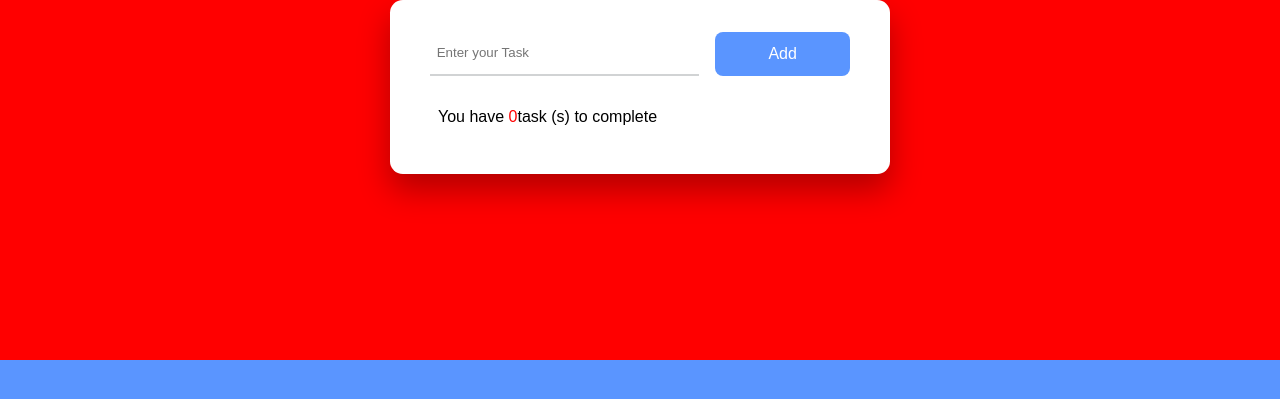
Repository: JunaidAnsari202/Todo-List
Page: index.html
An editor plug-in stored every save of this project. The page is shown before and after a run of saves, followed by the edit.
The browser window is 1280 px wide. The pictures show the whole page.
Some web libraries are served in a nearby version.

Above is the page before, as saved 2023-10-30 22:51:23.

### index.html
<!DOCTYPE html>
<html lang="en">
<head>
    <meta charset="UTF-8">
    <meta name="viewport" content="width=device-width, initial-scale=1.0">
    <title>Document</title>
    <!-- <link rel="shttps://cdnjs.cloudflare.com/ajax/libs/font-awesome/6.4.2/css/all.min.csstylesheet" href=""> -->
    <script src="https://kit.fontawesome.com/78ad4c4e48.js" crossorigin="anonymous"></script>
    <link rel="stylesheet" href="style.css">
</head>
<body>
    <div class="app">
        <div class="container">
            <div id="wrapper">
                <input type="text" placeholder="Enter your Task">
                <button id="add-btn">Add</button>
            </div>
            <div id="tasks">
                <p id="pending-tasks">You have <span class="count-value">0</span>task (s) to complete</p>
            </div>
        </div>
        <div id="error">Input cannot be empty</div>
    </div>

    <script src="script.js"></script>
</body>
</html>

### style.css
*{
    margin: 0;
    padding: 0;
    box-sizing: border-box;
}

body{
    height: 100vh;
    background: linear-gradient(red 50%,#5a95ff 50%);
}

.app{
    font-family: "poppins", sans-serif;
    position: absolute;
    width: min(95vw , 31.25em);
    margin: auto;
    left: 0;
    right: 0;
}

.container{
    padding: 2em 2.5em;
    background-color: #fff;
    box-shadow: 0 1em 2em rgba(0,0,0,0.3);
    border-radius: 0.8em;

}

#wrapper{
    position: relative;
    display: grid;
    grid-template-columns: 8fr 4fr;
    gap: 1em;
}

#wrapper input{
    width: 100%;
    background-color: transparent;
    color: #111111;
    font-size: 0.9;
    border:none;
    border-bottom: 2px solid #d1d3d4;
    padding: 1em 0.5em;

}

#wrapper input:focus{
    outline: none;
    border-color: #5a95ff;
}

#wrapper button{
    position: relative;
    border-radius: 0.5em;
    font-weight: 500;
    font-size: 1em;
    background-color: #5a95ff;
    border: none;
    outline: none;
    color: #ffffff;
    cursor: pointer;
}
#tasks{
    margin-top: 1em;
    border-radius: 0.5em;
    width: 100%;
    position: relative;
    padding: 1em 0.5em;
}

.task{
    background-color: #ffffff;
    padding: 0.8em 1em;
    display: grid;
    grid-template-columns: 1fr 8fr 2fr 2fr;
    gap: 1em;
    border-radius: 0.5em;
    box-shadow:0 0.05em 1em rgba(0,0,0,0.05) ;
    align-items: center;
    cursor: pointer;
}

.task input[type="checkbox"]{
    position: relative;
    appearance: none;
    height: 20px;
    width: 20px;
    border-radius: 50%;
    border: 2px solid #elelel;
}

.task input[type="checkbox"]:before{
    content: "";
    position: absolute;
    transform: translate(-50%,-50%);
    top: 50%;
    left: 50%;

}

#error{
    text-align: center;
    background-color: #ffffff;
    color: #ff5c5c;
    margin-top: 1.5em;
    padding: 1em 0;
    border-radius: 0.8em;
    display: none;
}

.task input[type="checkbox"]:checked{
    background-color: #5a95ff;
    border-color: #5a95ff;
}

.task input[type="checkbox"]:checked:before{
    position: absolute;
    content: "\f00c";
    color: #ffffff;
    font-size: 0.8em;
    font-family: "font Awesome 5 free";
    font-weight: 900;

}

.task span{
    font: 0.9em;
    font-weight: 400;
    word-break: break-all;
}

.task button{
    color: #ffffff;
    width: 100%;
    padding: 1em 0;
    border-radius: 0.5em;
    border: none;
    cursor: pointer;
    outline: none;
}

.edit{
    background-color: #5a95ff;
}

.delete{
    background-color: #ff5c5c;
}

#pending-tasks span{
    color:red;
}


.completed{
    text-decoration: line-through;
    color: #a0a0a0;
}

### script.js
let addBtn=document.querySelector("#add-btn");
let newTaskInput=document.querySelector("#wrapper input");
let taskContainer=document.querySelector("#tasks");
let error=document.getElementById("error");
let countValue=document.querySelector(".count-value");
let taskCount=0;

let displayCount=(taskCount)=>{
    countValue.innerText=taskCount;
};

let addTask=()=>{
    let taskName=newTaskInput.value.trim();
    error.style.display="none";
    if(!taskName){
        setTimeout(()=>{
            error.style.display="block";
        },200);
        return;
    }
    let task=`<div class="task">
    <input type="checkbox" class="task-check">
    <span class="taskName">${taskName}</span>

    <button class="edit">
    <i class="fa-regular fa-pen-to-square"></i>
    </button>

    <button class="delete">
    <i class="fa-solid fa-trash"></i>

    </button>
    </div>`;

    taskContainer.insertAdjacentHTML("beforeend",task);

    let deleteButtons=document.querySelectorAll(".delete");
    deleteButtons.forEach((button)=>{
        button.onclick=()=>{
        button.parentNode.remove();
        taskCount-=1;
        displayCount(taskCount);
        };
    });

    let editButtons=document.querySelectorAll(".edit");
    editButtons.forEach((editBtn)=>{
        editBtn.onclick=(e)=>{
        let targetElement=e.target;
        if(!(e.target.className=="edit")){
            targetElement=e.target.parentElement;
        }
        newTaskInput.value=targetElement.previousElementSibling?.innerText;
        targetElement.parentNode.remove();
        taskCount-=1;
        displayCount(taskCount);
    };

    });

 let tasksCheck=document.querySelectorAll(".task-check");
 tasksCheck.forEach((checkbox)=>{
    checkbox.onchange=()=>{
        checkbox.nextElementSibling.classList.toggle("completed");
        if(checkbox.checked){
            taskCount-=1;
        }
        else{
            taskCount+=1;
        }
        displayCount(taskCount);
    };
 });
 taskCount+=1;
 displayCount(taskCount);
 newTaskInput.value="";
};

addBtn.addEventListener("click",addTask);

window.onload=()=>{
    taskCount=0;
    displayCount(taskCount);
    newTaskInput.value="";
}

After the next 3 saves:
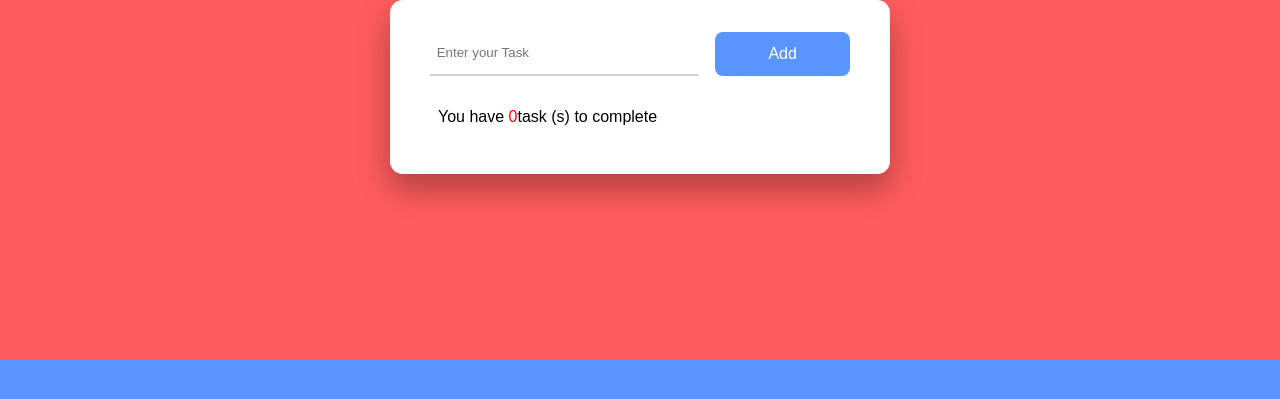
The 3 saves are shown as one change because they came seconds apart.
The last was saved 13 s later.
--- a/style.css
+++ b/style.css
@@ -6,7 +6,7 @@
 
 body{
     height: 100vh;
-    background: linear-gradient(red 50%,#5a95ff 50%);
+    background: linear-gradient(#ff5c5c 50%,#5a95ff 50%);
 }
 
 .app{
